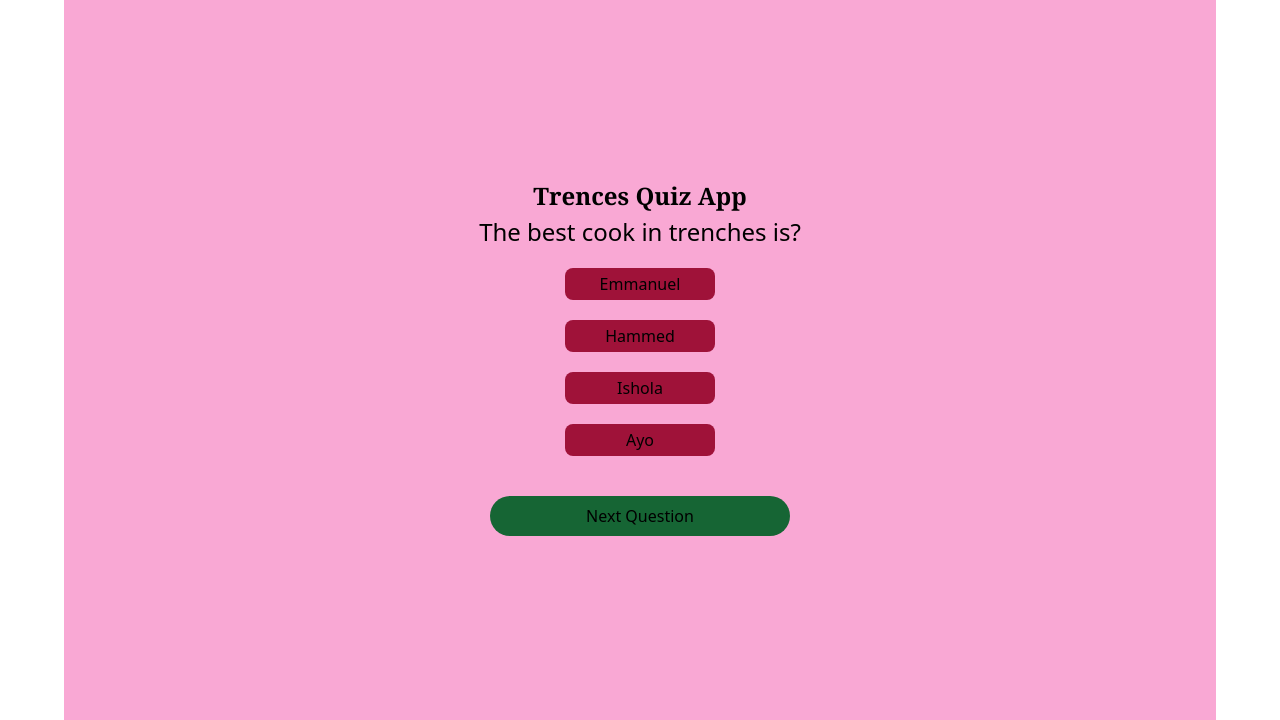
Repository: Semanmernstack/Quiz-react-app
Page: /, after clicking the first element matching `button`
The author's editor kept a copy of each file at every save. The page is drawn from the files as they stood at one save, then again after the next save.
The browser window is 1280 px wide. The pictures show the whole page.
The project was rebuilt for these pictures with package versions that can differ from the ones it lists, and the page was loaded fresh each time. Also part of the build but not shown: src/components/End.js.

Above is the page before, as saved 2023-01-30 02:17:46.

After the next save:
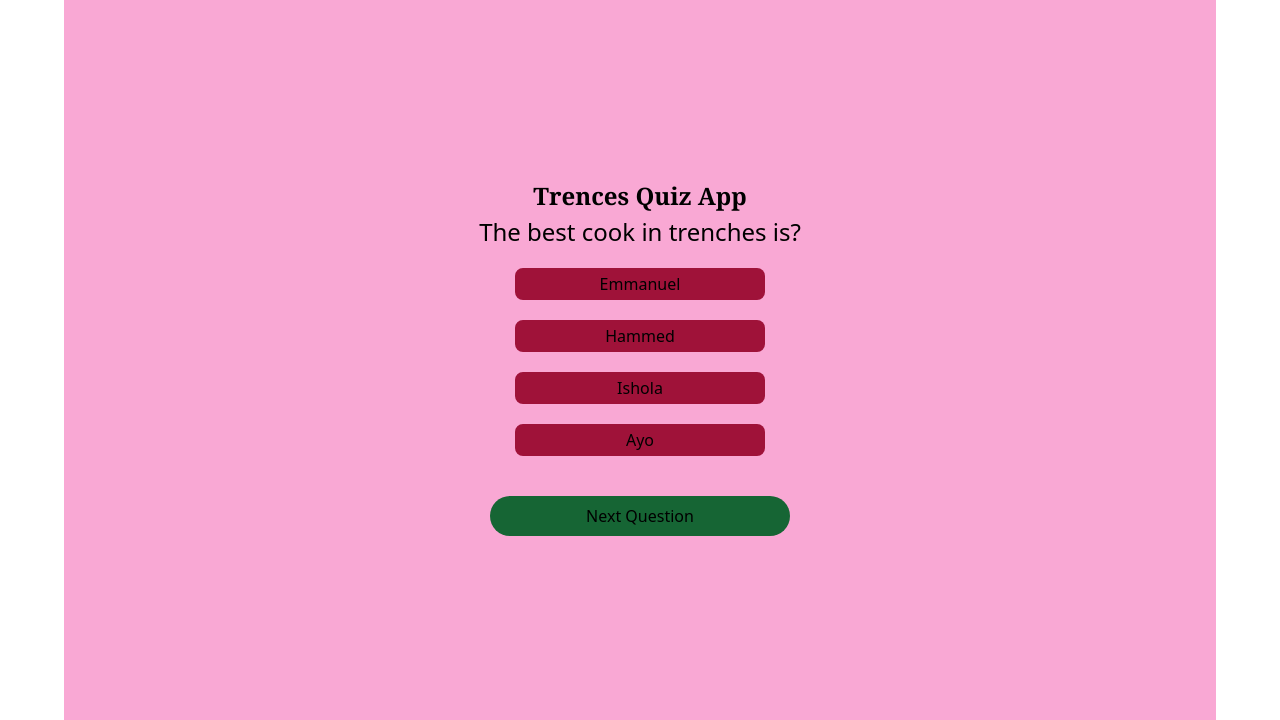
Saved 38 s later.
--- a/src/components/Quiz.js
+++ b/src/components/Quiz.js
@@ -31,10 +31,10 @@ function Quiz() {
     <div className=" p-1 rounded-xl   ">
         <h1 className="text-2xl">{Question[current].prompt}</h1>
         <div className="flex mt-5   cursor-pointer flex-col gap-5 items-center text-center">
-            <button onClick={() => setOption("A")} className="w-[150px] bg-rose-800 p-1   rounded-lg hover:bg-red-500">{Question[current].optionA}</button>
-            <button  onClick={() => setOption("B") } className="w-[150px] bg-rose-800 p-1 rounded-lg hover:bg-red-500">{Question[current].optionB}</button>
-            <button onClick={() => setOption("C")} className="w-[150px] bg-rose-800 p-1 rounded-lg hover:bg-red-500">{Question[current].optionC}</button>
-            <button onClick={() => setOption("D")} className="w-[150px] bg-rose-800 p-1 rounded-lg hover:bg-red-500">{Question[current].optionD}</button>
+            <button onClick={() => setOption("A")} className="w-[250px] bg-rose-800 p-1   rounded-lg hover:bg-red-500">{Question[current].optionA}</button>
+            <button  onClick={() => setOption("B") } className="w-[250px] bg-rose-800 p-1 rounded-lg hover:bg-red-500">{Question[current].optionB}</button>
+            <button onClick={() => setOption("C")} className="w-[250px] bg-rose-800 p-1 rounded-lg hover:bg-red-500">{Question[current].optionC}</button>
+            <button onClick={() => setOption("D")} className="w-[250px] bg-rose-800 p-1 rounded-lg hover:bg-red-500">{Question[current].optionD}</button>
         </div>
         <div>
           {current === Question.length - 1 ? (
